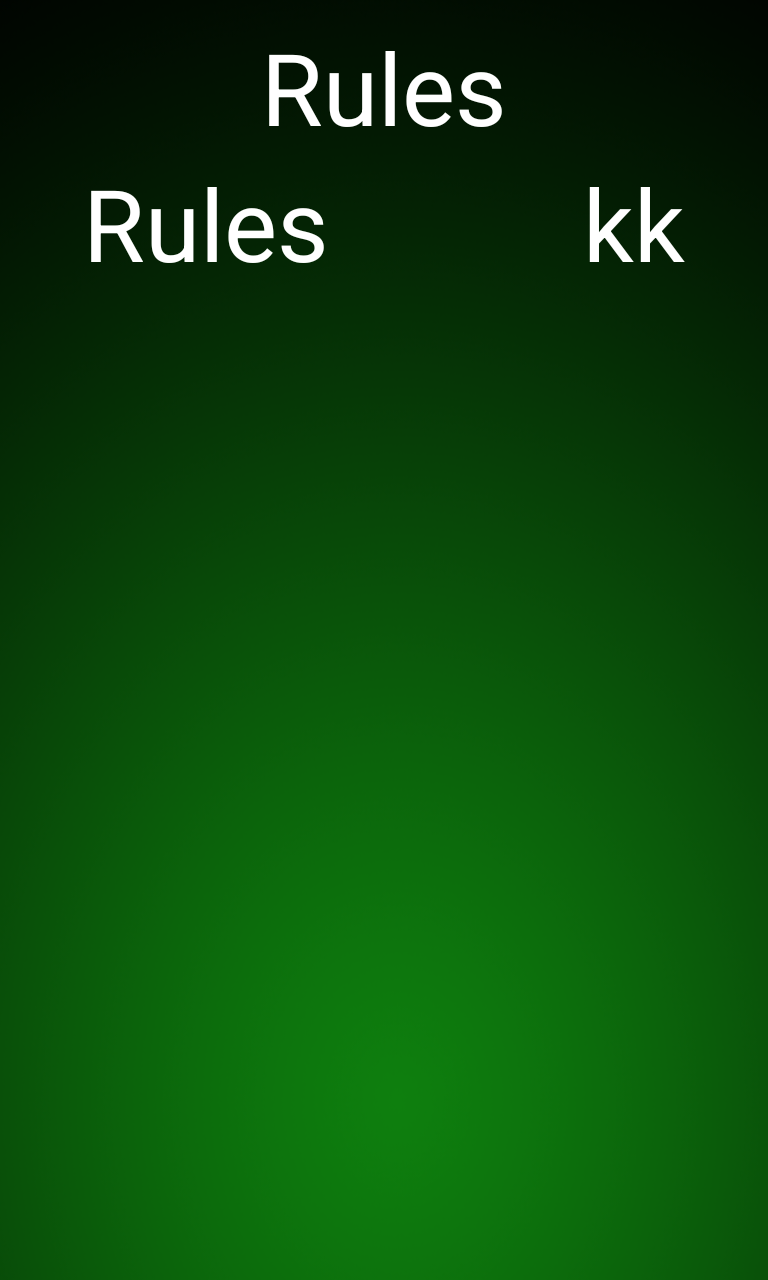
Repository: jwu14/AAProductions
Layout: EgyptianRatscrew/res/layout/activity_rules.xml
The author's editor kept a copy of each file at every save. The layout is drawn from the files as they stood at one save, then again after the next save.
It is drawn on a 768 x 1280 px phone screen (xhdpi) without system bars, with theme AppTheme; the app's code is not run.

Above is the layout before, as saved 2013-03-06 21:03:24.

After the next save:
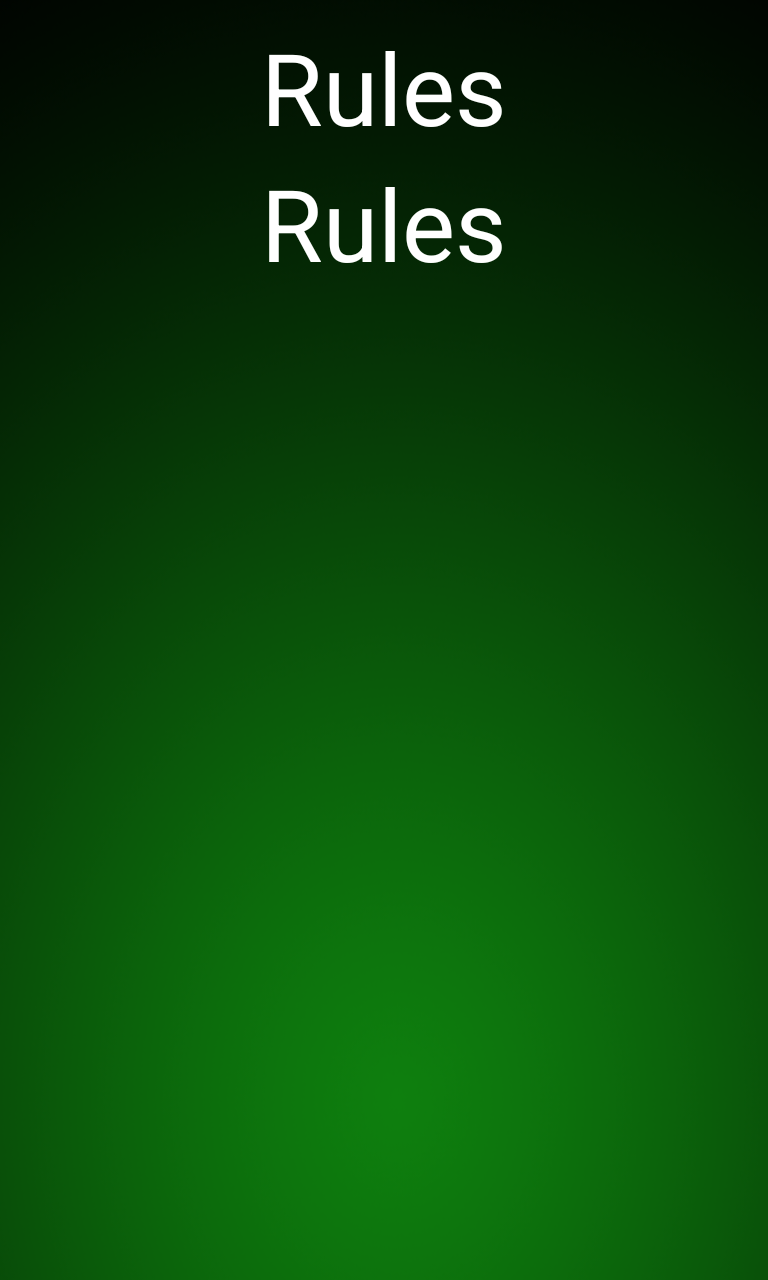
Saved 15 s later.
--- a/EgyptianRatscrew/res/layout/activity_rules.xml
+++ b/EgyptianRatscrew/res/layout/activity_rules.xml
@@ -26,8 +26,7 @@
         android:layout_weight="0.23"
         android:clickable="false"
         android:gravity="center_horizontal"
-        android:text="Rules
-        		kk"
+        android:text="Rules"
         android:textColor="#FFFFFF"
         android:textSize="50sp" />
 
